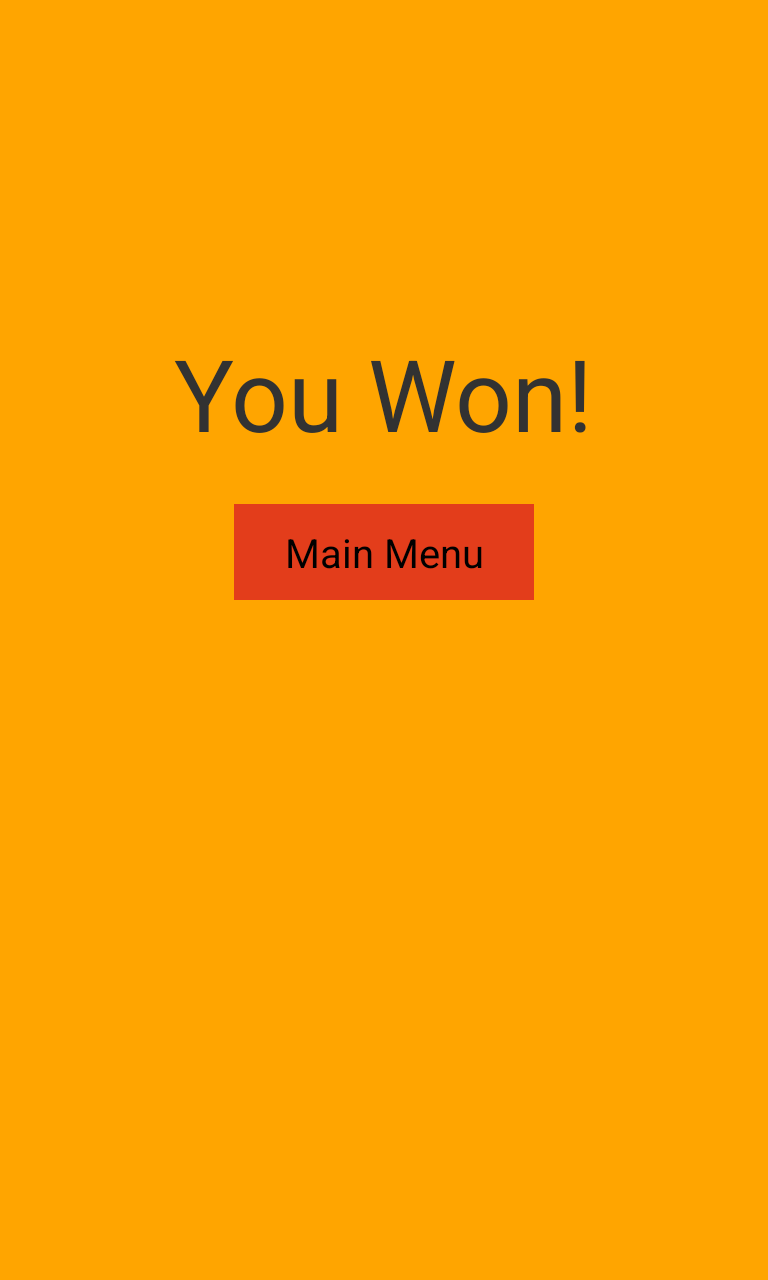
Repository: nidafarooqui/Trading-Game-Version-3
Layout: TaikunServer/res/layout/activity_game_won.xml
An editor plug-in stored every save of this project. The layout is shown before and after the next save, followed by the edit.
It is drawn on a 768 x 1280 px phone screen (xhdpi) without system bars, with theme AppTheme; the app's code is not run.

Above is the layout before, as saved 2014-08-17 18:37:19.

### TaikunServer/res/layout/activity_game_won.xml
<RelativeLayout xmlns:android="http://schemas.android.com/apk/res/android"
    xmlns:tools="http://schemas.android.com/tools"
    android:layout_width="match_parent"
    android:layout_height="match_parent"
    android:background="@color/orange"
    tools:context="${relativePackage}.${activityClass}" >

    <TextView
        android:id="@+id/textView1"
        android:layout_width="wrap_content"
        android:layout_height="wrap_content"
        android:layout_alignParentTop="true"
        android:layout_centerHorizontal="true"
        android:layout_marginTop="163dp"
        android:text="You Won!"
        android:textSize="50sp" />

    <Button
        android:id="@+id/buttonMainMenu"
        style="?android:attr/buttonStyleSmall"
        android:layout_width="150dp"
        android:layout_height="wrap_content"
        android:layout_below="@+id/textView1"
        android:layout_centerHorizontal="true"
        android:layout_marginTop="22dp"
        android:background="@color/orrange"
        android:text="Main Menu"
        android:textSize="20sp" />

</RelativeLayout>

### TaikunServer/res/values/colours.xml
<?xml version="1.0" encoding="utf-8"?>
<resources>

    <color name="white">#FFFFFF</color>
    <color name="black">#000000</color>
    <color name="symptom_color_selected">#003366</color>
    <color name="reaction_color_selected">#003366</color>
    <color name="static_text_color">#003366</color>
    <color name="journal_entry_listitem_text_color">#003366</color>
    <color name="note_text_disabled">#333333</color>
    <color name="sky">#0099CC</color>
    <color name="lightgray">#e7e7e7</color>
      <color name="lightgray02">#bfbfbf</color>
    <color name="dark">#000015</color>
    <color name="lightgreen">#336666</color>
    <color name="orrange">#e33d1b</color>
    <color name="darkorrange">#cc2303</color>


 <color name="ivory">#FFFFF0</color>
 <color name="lightYellow">#FFFFE0</color>
 <color name="snow">#FFFAFA</color>
 <color name="floralWhite">#FFFAF0</color>
 <color name="lemonChiffon">#FFFACD</color>
 <color name="cornsilk">#FFF8DC</color>
 <color name="seashell">#FFF5EE</color>
 <color name="lavenderBlush">#FFF0F5</color>
 <color name="papayaWhip">#FFEFD5</color>
 <color name="blanchedAlmond">#FFEBCD</color>
 <color name="mistyRose">#FFE4E1</color>
 <color name="bisque">#FFE4C4</color>
 <color name="moccasin">#FFE4B5</color>
 <color name="navajoWhite">#FFDEAD</color>
 <color name="peachPuff">#FFDAB9</color>
 <color name="gold">#FFD700</color>
 <color name="pink">#FFC0CB</color>
 <color name="lightPink">#FFB6C1</color>
 <color name="orange">#FFA500</color>
 <color name="lightSalmon">#FFA07A</color>
 <color name="darkOrange">#FF8C00</color>
 <color name="coral">#FF7F50</color>
 <color name="hotPink">#FF69B4</color>
 <color name="tomato">#FF6347</color>
 <color name="orangeRed">#FF4500</color>
 <color name="deepPink">#FF1493</color>
 <color name="fuchsia">#FF00FF</color>
 <color name="magenta">#FF00FF</color>
 <color name="red">#FF0000</color>
 <color name="oldLace">#FDF5E6</color>
 <color name="lightGoldenrodYellow">#FAFAD2</color>
 <color name="linen">#FAF0E6</color>
 <color name="antiqueWhite">#FAEBD7</color>
 <color name="salmon">#FA8072</color>
 <color name="ghostWhite">#F8F8FF</color>
 <color name="mintCream">#F5FFFA</color>
 <color name="whiteSmoke">#F5F5F5</color>
 <color name="beige">#F5F5DC</color>
 <color name="wheat">#F5DEB3</color>
 <color name="sandyBrown">#F4A460</color>
 <color name="azure">#F0FFFF</color>
 <color name="honeydew">#F0FFF0</color>
 <color name="aliceBlue">#F0F8FF</color>
 <color name="khaki">#F0E68C</color>
 <color name="lightCoral">#F08080</color>
 <color name="paleGoldenrod">#EEE8AA</color>
 <color name="violet">#EE82EE</color>
 <color name="darkSalmon">#E9967A</color>
 <color name="lavender">#E6E6FA</color>
 <color name="lightCyan">#E0FFFF</color>
 <color name="burlyWood">#DEB887</color>
 <color name="plum">#DDA0DD</color>
 <color name="gainsboro">#DCDCDC</color>
 <color name="crimson">#DC143C</color>
 <color name="paleVioletRed">#DB7093</color>
 <color name="goldenrod">#DAA520</color>
 <color name="orchid">#DA70D6</color>
 <color name="thistle">#D8BFD8</color>
 <color name="lightGrey">#D3D3D3</color>
 <color name="tan">#D2B48C</color>
 <color name="chocolate">#D2691E</color>
 <color name="peru">#CD853F</color>
 <color name="indianRed">#CD5C5C</color>
 <color name="mediumVioletRed">#C71585</color>
 <color name="silver">#C0C0C0</color>
 <color name="darkKhaki">#BDB76B</color>
 <color name="rosyBrown">#BC8F8F</color>
 <color name="mediumOrchid">#BA55D3</color>
 <color name="darkGoldenrod">#B8860B</color>
 <color name="fireBrick">#B22222</color>
 <color name="powderBlue">#B0E0E6</color>
 <color name="lightSteelBlue">#B0C4DE</color>
 <color name="paleTurquoise">#AFEEEE</color>
 <color name="greenYellow">#ADFF2F</color>
 <color name="lightBlue">#ADD8E6</color>
 <color name="darkGray">#A9A9A9</color>
 <color name="brown">#A52A2A</color>
 <color name="sienna">#A0522D</color>
 <color name="yellowGreen">#9ACD32</color>
 <color name="darkOrchid">#9932CC</color>
 <color name="paleGreen">#98FB98</color>
 <color name="darkViolet">#9400D3</color>
 <color name="mediumPurple">#9370DB</color>
 <color name="lightGreen">#90EE90</color>
 <color name="darkSeaGreen">#8FBC8F</color>
 <color name="saddleBrown">#8B4513</color>
 <color name="darkMagenta">#8B008B</color>
 <color name="darkRed">#8B0000</color>
 <color name="blueViolet">#8A2BE2</color>
 <color name="lightSkyBlue">#87CEFA</color>
 <color name="skyBlue">#87CEEB</color>
 <color name="gray">#808080</color>
 <color name="olive">#808000</color>
 <color name="purple">#800080</color>
 <color name="maroon">#800000</color>
 <color name="aquamarine">#7FFFD4</color>
 <color name="chartreuse">#7FFF00</color>
 <color name="lawnGreen">#7CFC00</color>
 <color name="mediumSlateBlue">#7B68EE</color>
 <color name="lightSlateGray">#778899</color>
 <color name="slateGray">#708090</color>
 <color name="oliveDrab">#6B8E23</color>
 <color name="slateBlue">#6A5ACD</color>
 <color name="dimGray">#696969</color>
 <color name="mediumAquamarine">#66CDAA</color>
 <color name="cornflowerBlue">#6495ED</color>
 <color name="cadetBlue">#5F9EA0</color>
 <color name="darkOliveGreen">#556B2F</color>
 <color name="indigo">#4B0082</color>
 <color name="mediumTurquoise">#48D1CC</color>
 <color name="darkSlateBlue">#483D8B</color>
 <color name="steelBlue">#4682B4</color>
 <color name="royalBlue">#4169E1</color>
 <color name="turquoise">#40E0D0</color>
 <color name="mediumSeaGreen">#3CB371</color>
 <color name="limeGreen">#32CD32</color>
 <color name="darkSlateGray">#2F4F4F</color>
 <color name="seaGreen">#2E8B57</color>
 <color name="forestGreen">#228B22</color>
 <color name="lightSeaGreen">#20B2AA</color>
 <color name="dodgerBlue">#1E90FF</color>
 <color name="midnightBlue">#191970</color>
 <color name="aqua">#00FFFF</color>
 <color name="cyan">#00FFFF</color>
 <color name="springGreen">#00FF7F</color>
 <color name="lime">#00FF00</color>
 <color name="mediumSpringGreen">#00FA9A</color>
 <color name="darkTurquoise">#00CED1</color>
 <color name="deepSkyBlue">#00BFFF</color>
 <color name="darkCyan">#008B8B</color>
 <color name="teal">#008080</color>
 <color name="green">#008000</color>
 <color name="darkGreen">#006400</color>
 <color name="blue">#0000FF</color>
 <color name="mediumBlue">#0000CD</color>
 <color name="darkBlue">#00008B</color>
 <color name="navy">#000080</color>

</resources>

Loaded but not shown: TaikunServer/res/values/styles.xml (common file); TaikunServer/res/values-v11/styles.xml (common file); TaikunServer/res/values-v14/styles.xml (common file)

After the next save:
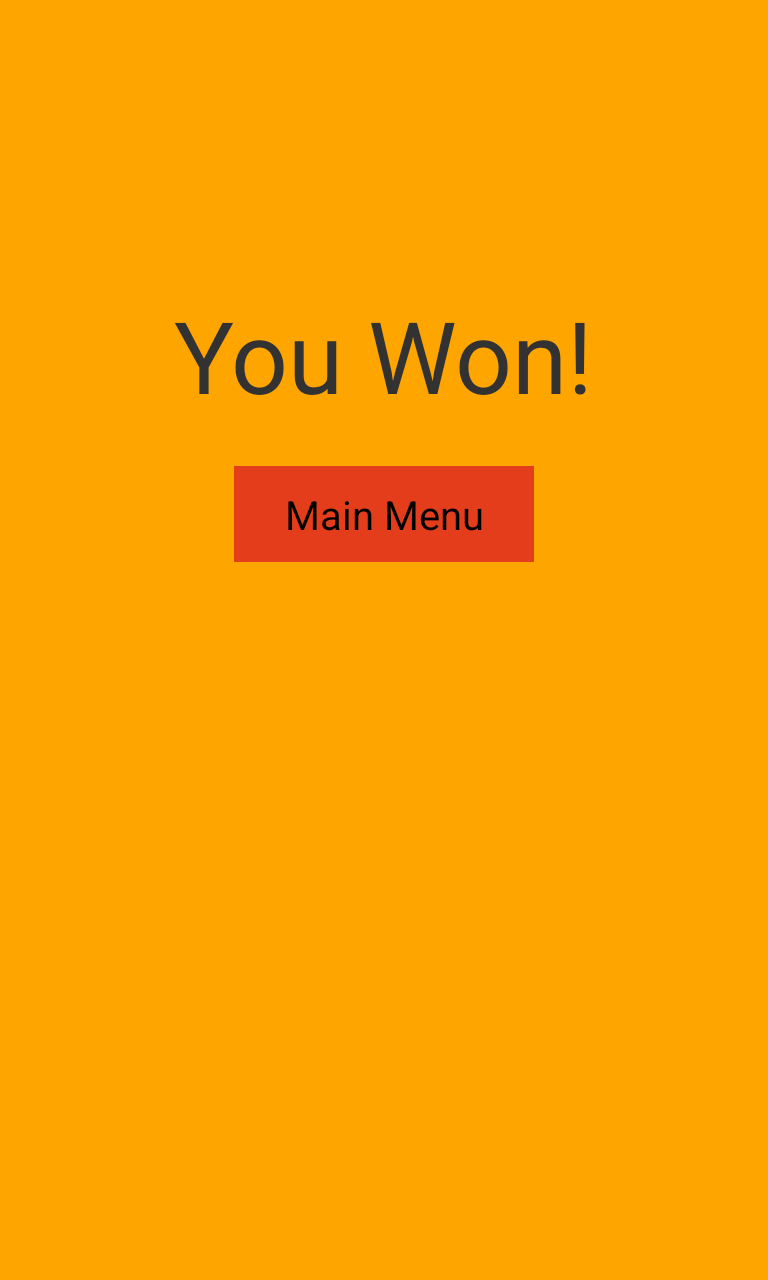
Saved 26 s later.
--- a/TaikunServer/res/layout/activity_game_won.xml
+++ b/TaikunServer/res/layout/activity_game_won.xml
@@ -3,17 +3,8 @@
     android:layout_width="match_parent"
     android:layout_height="match_parent"
     android:background="@color/orange"
+    android:gravity="center_horizontal"
     tools:context="${relativePackage}.${activityClass}" >
-
-    <TextView
-        android:id="@+id/textView1"
-        android:layout_width="wrap_content"
-        android:layout_height="wrap_content"
-        android:layout_alignParentTop="true"
-        android:layout_centerHorizontal="true"
-        android:layout_marginTop="163dp"
-        android:text="You Won!"
-        android:textSize="50sp" />
 
     <Button
         android:id="@+id/buttonMainMenu"
@@ -27,4 +18,14 @@
         android:text="Main Menu"
         android:textSize="20sp" />
 
+    <TextView
+        android:id="@+id/textView1"
+        android:layout_width="wrap_content"
+        android:layout_height="wrap_content"
+        android:layout_alignParentTop="true"
+        android:layout_centerHorizontal="true"
+        android:layout_marginTop="144dp"
+        android:text="You Won!"
+        android:textSize="50sp" />
+
 </RelativeLayout>
